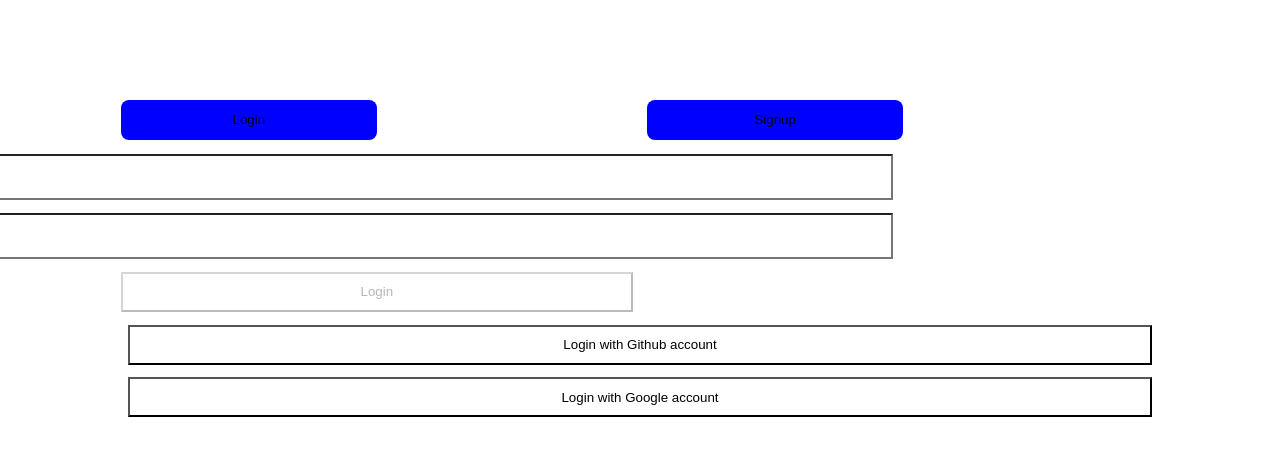
Repository: ValGrace/static-site-generator
Page: / (app in client-frontend/)
These files come from the project's save history. The page is drawn as it stood at one moment and after the next save; the edit follows.
The browser window is 1280 px wide. The pictures show the whole page.
The project was rebuilt for these pictures with package versions that can differ from the ones it lists, and the page was loaded fresh each time. Also part of the build but not shown: client-frontend/vite.config.js, client-frontend/src/Components/Signup.jsx, client-frontend/src/App.css.

Above is the page before, as saved 2023-02-04 13:04:21.

After the next save:
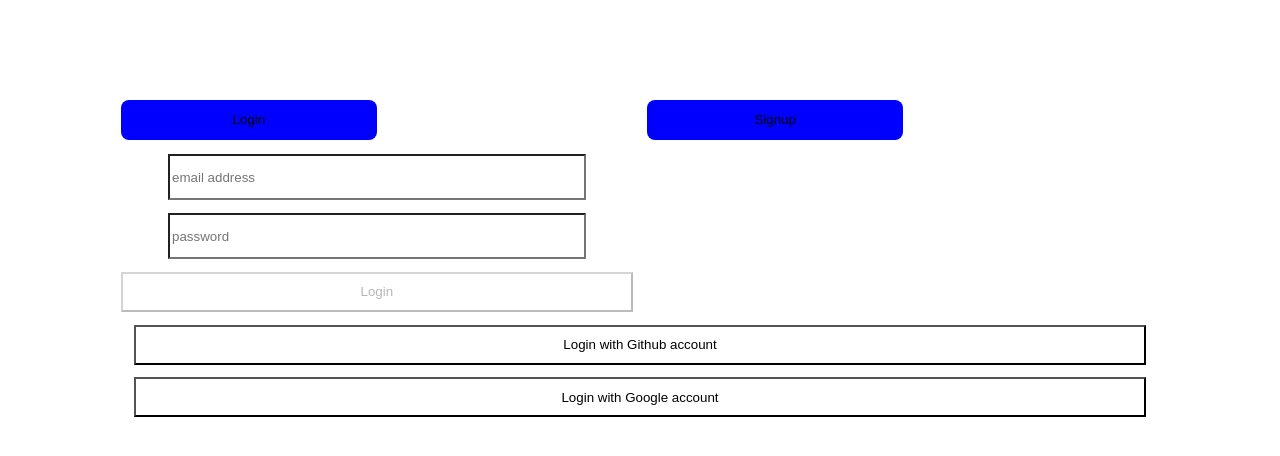
Saved 2 min 11 s later.
--- a/client-frontend/src/Components/Inputs.css
+++ b/client-frontend/src/Components/Inputs.css
@@ -6,7 +6,7 @@
    gap: 0.8em;
 }
 input, button {
-    width: 80vw;
+    width: 80%;
     height: 3em;
     background-color: transparent;
 }
